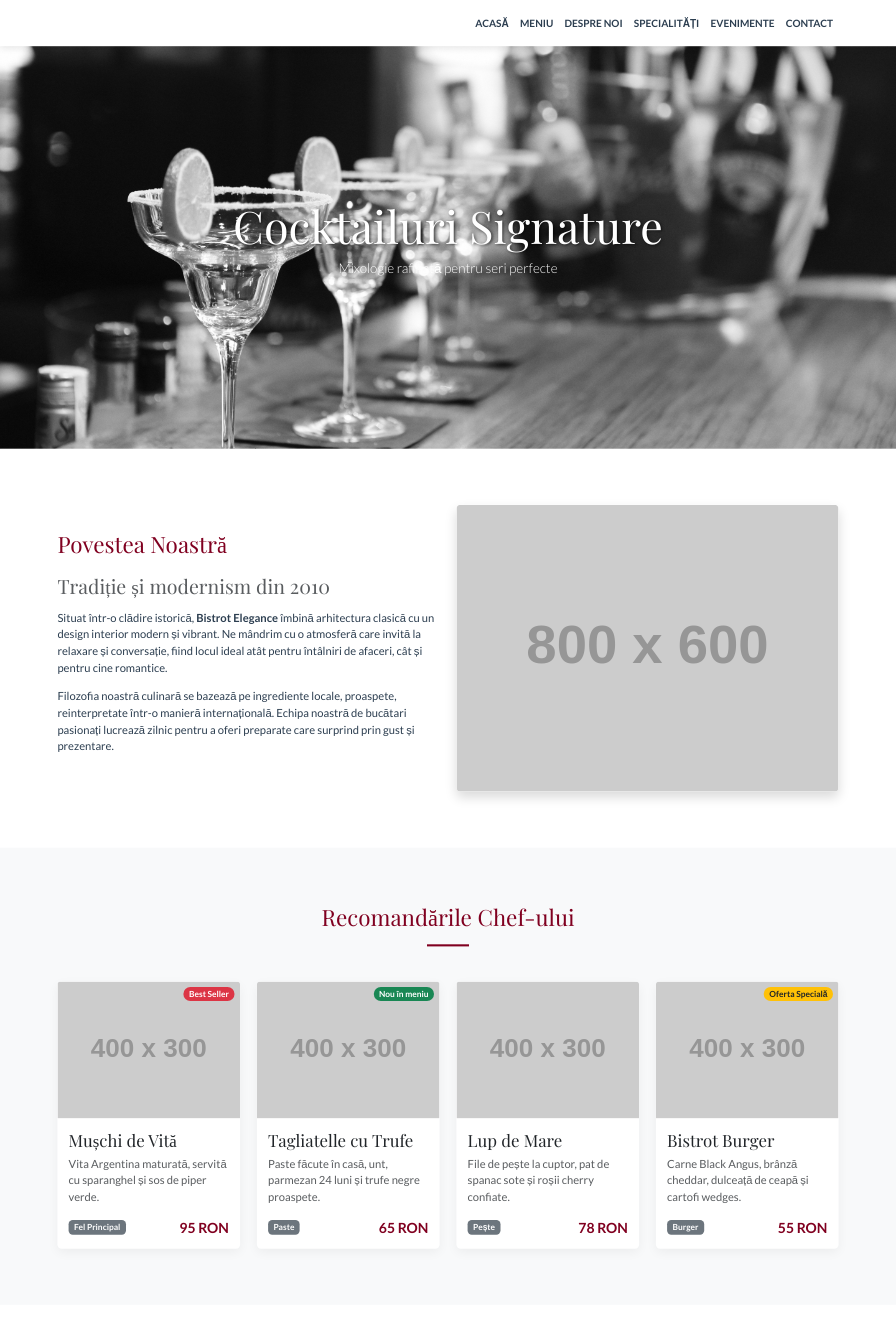
Repository: 912-Comsa-Teodora/bistrot-restaurant
Page: restaurant/index.html
These files come from the project's save history. The page is drawn as it stood at one moment and after the next save; the edit follows.
The browser window is 1280 px wide. The pictures show the part of the page from y = 0 to 1920 px (the page is 3045 px tall), at 70% of full size.

Above is the page before, as saved 2026-01-04 21:34:42.

After the next save:
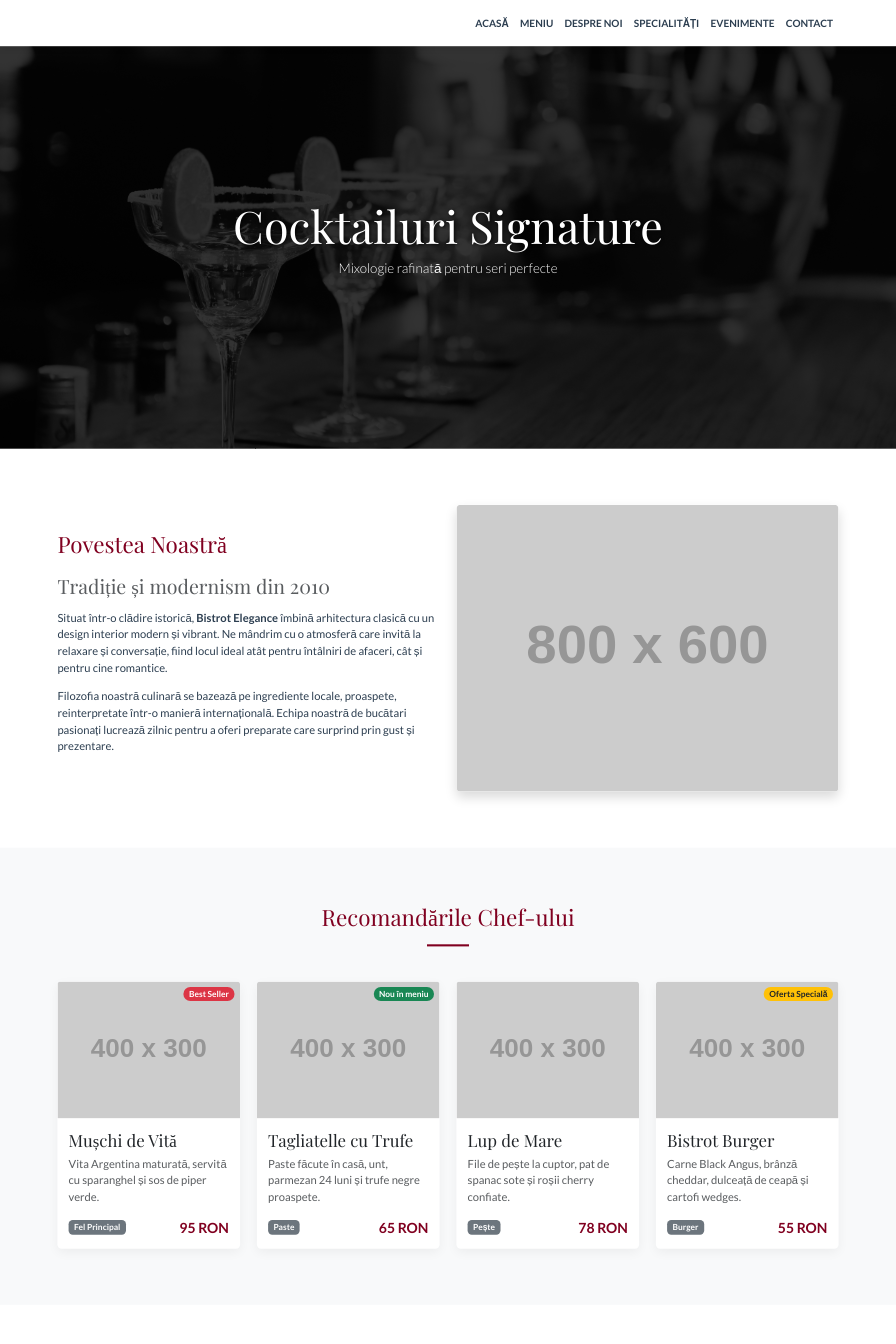
Saved 13 s later.
--- a/restaurant/index.html
+++ b/restaurant/index.html
@@ -57,7 +57,7 @@
         #heroCarousel .carousel-item img {
             height: 80vh; /* Inaltimea caruselului */
             object-fit: cover;
-            filter: brightness(0,3); /* Intunecam putin imaginile pentru contrast text */
+            filter: brightness(0.2); /* Intunecam putin imaginile pentru contrast text */
         }
 
         .carousel-caption {
